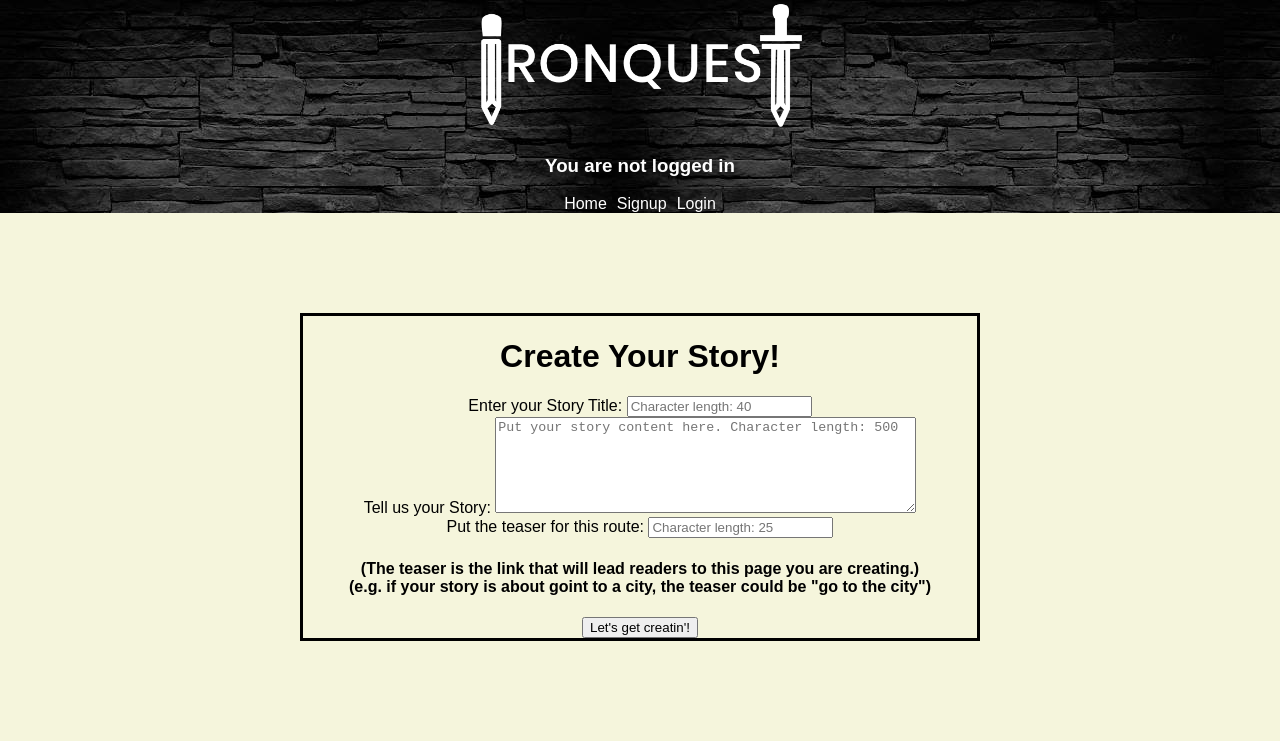
Repository: MikeTroianello/project4
Page: /createstory (app in client/)
The author's editor kept a copy of each file at every save. The page is drawn from the files as they stood at one save, then again after the next save.
The browser window is 1280 px wide. The pictures show the whole page.
The project was rebuilt for these pictures with package versions that can differ from the ones it lists, and the page was loaded fresh each time. Also part of the build but not shown: client/src/components/pages/StoryPage.jsx, client/src/components/pages/ReadStory.jsx, client/src/components/pages/Home.jsx, client/src/components/pages/Login.jsx, client/src/components/pages/Signup.jsx, client/src/components/pages/Profile.jsx.

Above is the page before, as saved 2019-03-22 12:27:31.
Not found: client/src/images/parchment.jpg

After the next save:
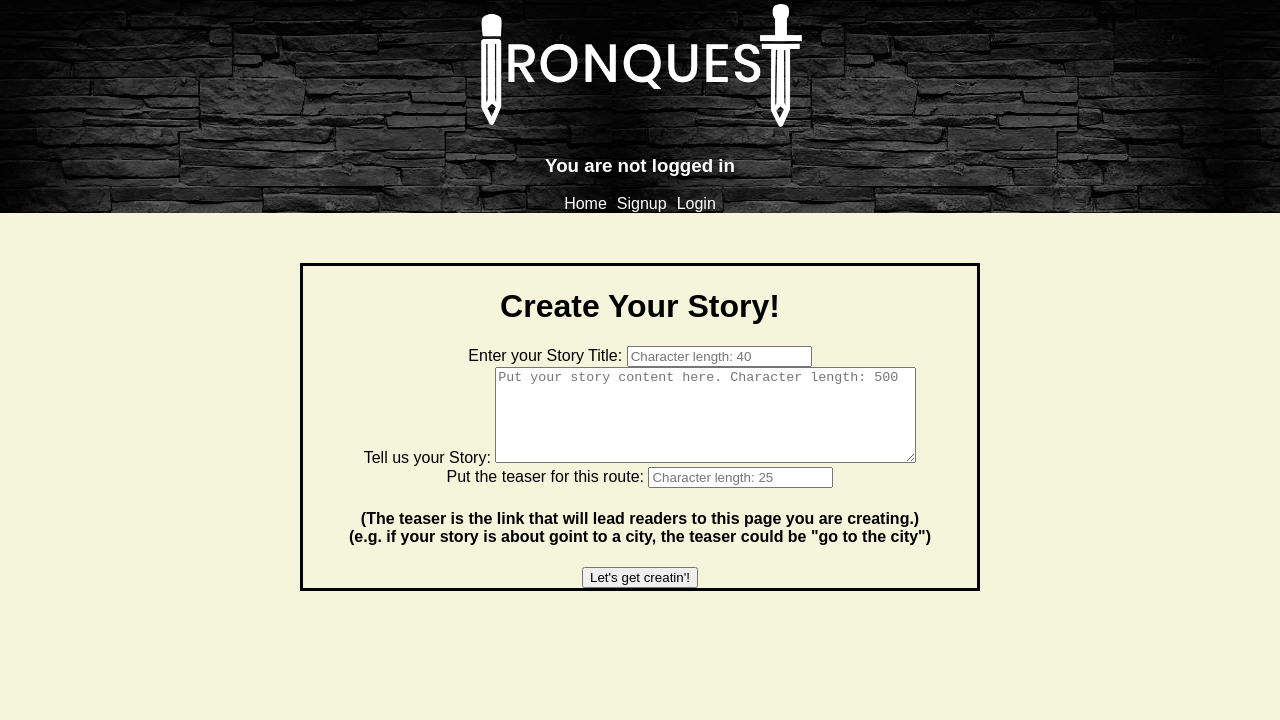
Saved 12 s later.
--- a/client/src/index.scss
+++ b/client/src/index.scss
@@ -110,7 +110,7 @@
 //CARD STYLE FOR THE WORDS
 
 .CreateStory{
-  margin: 100px 300px;
+  margin: 50px 300px;
   border-style: solid;
   background-image: url('/client/src/images/parchment.jpg')
 }
